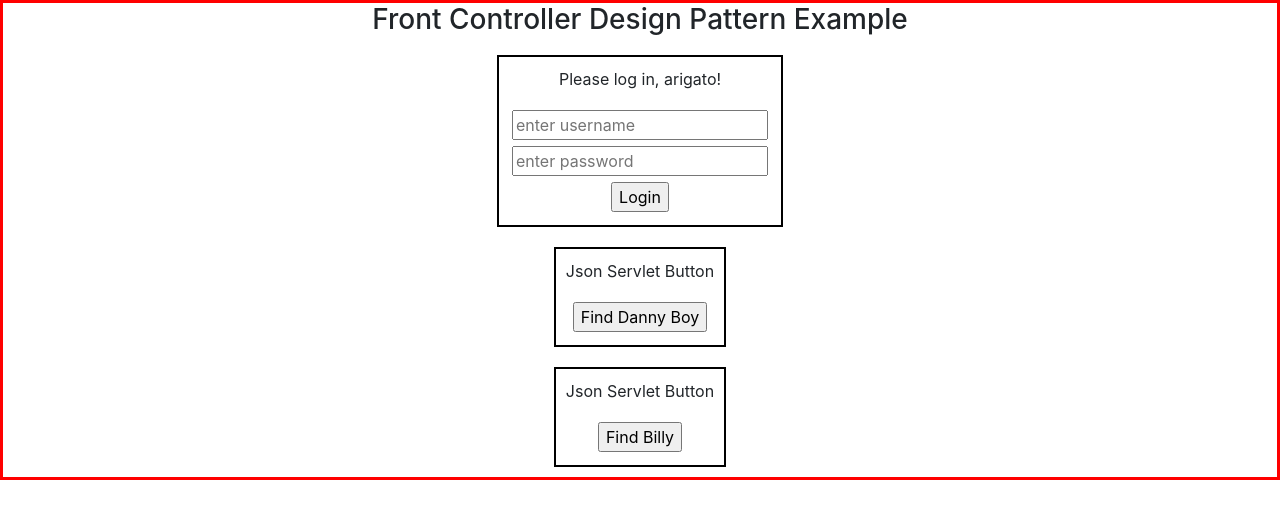
Repository: 2001usfpega/ZhenJ-code
Page: Project1/Showmethemoney/src/main/webapp/resources/css/emp_Login.html
An editor plug-in stored every save of this project. The page is shown before and after the next save, followed by the edit.
The browser window is 1280 px wide. The pictures show the whole page.

Above is the page before, as saved 2020-02-08 04:09:54.

### Project1/Showmethemoney/src/main/webapp/resources/css/emp_Login.html
<!DOCTYPE html>
<html>
<head>
<meta charset="ISO-8859-1">
<title>Login</title>
<link rel="stylesheet"
	href="https://stackpath.bootstrapcdn.com/bootstrap/4.3.1/css/bootstrap.min.css"
	integrity="sha384-ggOyR0iXCbMQv3Xipma34MD+dH/1fQ784/j6cY/iJTQUOhcWr7x9JvoRxT2MZw1T"
	crossorigin="anonymous">
<link rel=stylesheet type="text/css"
	href="/Showmethemoney/resources/css/mystyles.css">
</head>
<body>

	<body>
	<div class="login-container">
		<!-- FRONT CONTROLLER EXAMPLE -->
		<h3>Front Controller Design Pattern Example</h3>

		<form method="get" action="/HelloFrontController/login.change">
			<p>Please log in, arigato!</p>
			<input placeholder="enter username" name="username" /><br>
			<input placeholder="enter password" name="password" /><br>
			<input type="submit" value="Login" />
		</form>

		<!-- JSON SERVLET EXAMPLE -->
		<form method="post" action="/HelloFrontController/dannyboy.json">
			<p>Json Servlet Button</p>
			<input type="submit" value="Find Danny Boy" />
		</form>
		<form method="post" action="/HelloFrontController/billy.json">
			<p>Json Servlet Button</p>
			<input type="submit" value="Find Billy" />
		</form>
	</div>
</body>






	<script src="https://code.jquery.com/jquery-3.3.1.slim.min.js"
		integrity="sha384-q8i/X+965DzO0rT7abK41JStQIAqVgRVzpbzo5smXKp4YfRvH+8abtTE1Pi6jizo"
		crossorigin="anonymous"></script>
	<script
		src="https://cdnjs.cloudflare.com/ajax/libs/popper.js/1.14.7/umd/popper.min.js"
		integrity="sha384-UO2eT0CpHqdSJQ6hJty5KVphtPhzWj9WO1clHTMGa3JDZwrnQq4sF86dIHNDz0W1"
		crossorigin="anonymous"></script>
	<script
		src="https://stackpath.bootstrapcdn.com/bootstrap/4.3.1/js/bootstrap.min.js"
		integrity="sha384-JjSmVgyd0p3pXB1rRibZUAYoIIy6OrQ6VrjIEaFf/nJGzIxFDsf4x0xIM+B07jRM"
		crossorigin="anonymous"></script>
</body>

</html>

### Project1/Showmethemoney/src/main/webapp/resources/css/mystyles.css
.login-container {
	display: flex;
	flex-direction: column;
    align-items: center;
    border: 3px solid red;
    text-align: center;
}

form {
	border: 2px solid black;
	padding: 10px;
	margin: 10px;
}

input {
	margin: 3px;
}

After the next save:
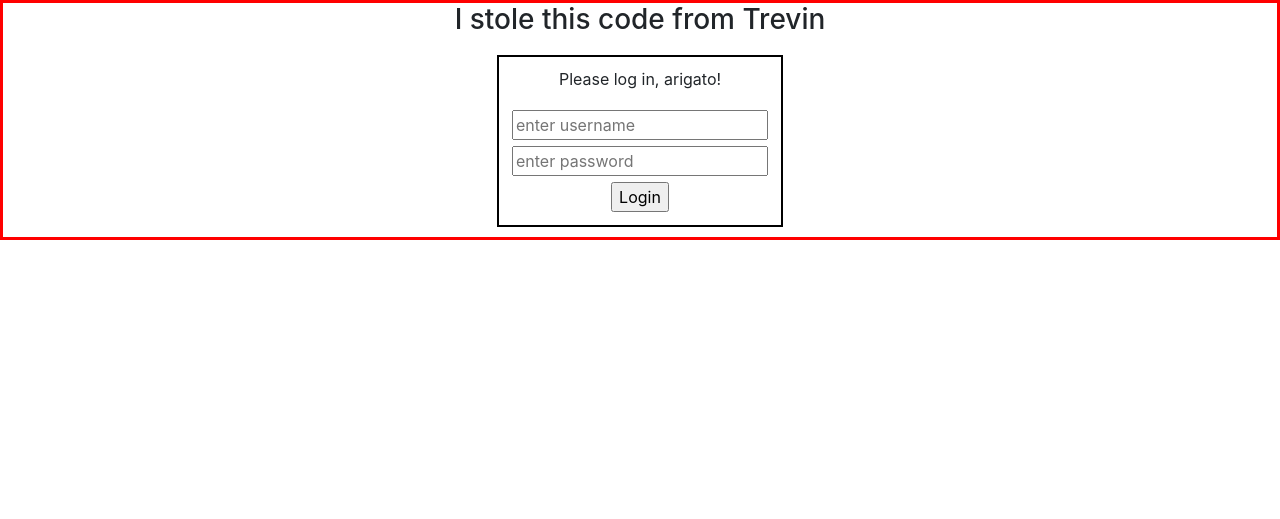
Saved 112 s later.
--- a/Project1/Showmethemoney/src/main/webapp/resources/css/emp_Login.html
+++ b/Project1/Showmethemoney/src/main/webapp/resources/css/emp_Login.html
@@ -15,7 +15,7 @@
 	<body>
 	<div class="login-container">
 		<!-- FRONT CONTROLLER EXAMPLE -->
-		<h3>Front Controller Design Pattern Example</h3>
+		<h3>I stole this code from Trevin</h3>
 
 		<form method="get" action="/HelloFrontController/login.change">
 			<p>Please log in, arigato!</p>
@@ -25,14 +25,14 @@
 		</form>
 
 		<!-- JSON SERVLET EXAMPLE -->
-		<form method="post" action="/HelloFrontController/dannyboy.json">
+<!-- 		<form method="post" action="/HelloFrontController/dannyboy.json">
 			<p>Json Servlet Button</p>
 			<input type="submit" value="Find Danny Boy" />
 		</form>
 		<form method="post" action="/HelloFrontController/billy.json">
 			<p>Json Servlet Button</p>
 			<input type="submit" value="Find Billy" />
-		</form>
+		</form> -->
 	</div>
 </body>
 
